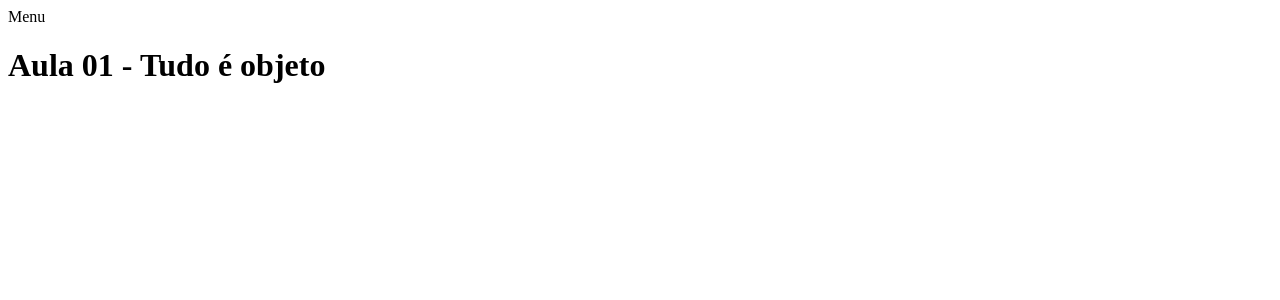
Repository: rvlyra/Js-Estudos-Aplicados
Page: Js - Estudos Aplicados/01-Tudo_e_objeto/index.html
The author's editor kept a copy of each file at every save. The page is drawn from the files as they stood at one save, then again after the next save.
The browser window is 1280 px wide. The pictures show the whole page.

Above is the page before, as saved 2022-07-05 20:13:25.

After the next save:
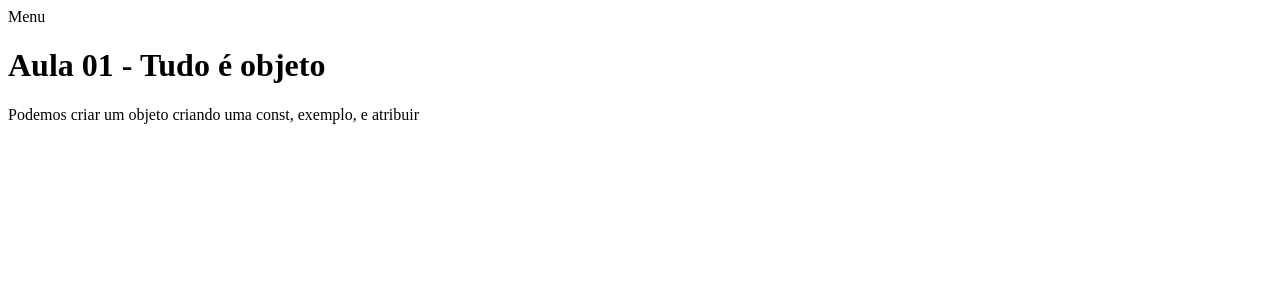
Saved 60 s later.
--- a/Js - Estudos Aplicados/01-Tudo_e_objeto/index.html
+++ b/Js - Estudos Aplicados/01-Tudo_e_objeto/index.html
@@ -11,7 +11,7 @@
     <h1>Aula 01 - Tudo é objeto</h1>
 
     <p>
-
+        Podemos criar um objeto criando uma const, exemplo, e atribuir
     </p>
 
     <script src="script.js"></script>
